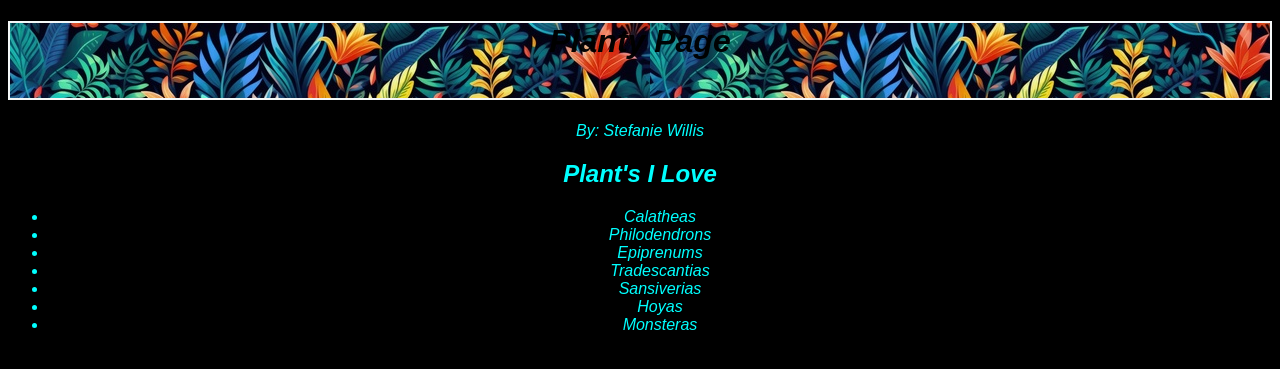
Repository: swillis91/odin-recipies
Page: Planty Page/index.html
These files come from the project's save history. The page is drawn as it stood at one moment and after the next save; the edit follows.
The browser window is 1280 px wide. The pictures show the whole page.

Above is the page before, as saved 2023-08-09 23:49:08.

After the next save:
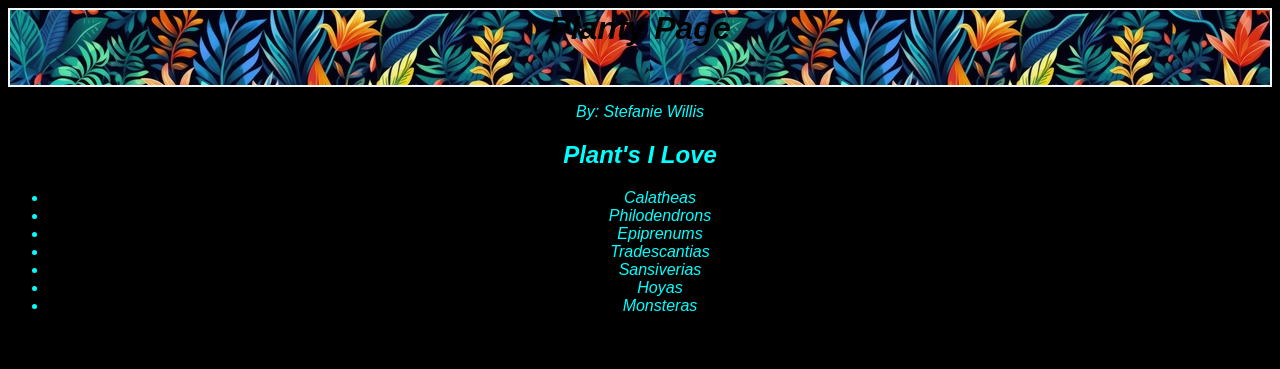
Saved 25 s later.
--- a/Planty Page/style.css
+++ b/Planty Page/style.css
@@ -11,7 +11,7 @@ body{
     border: 2px solid rgb(244, 247, 247);
     background-image: url('Images/banner.jpg');
     height: 75px;
-    padding-bottom: ;
+    margin: 0 auto;
 
 
 }
